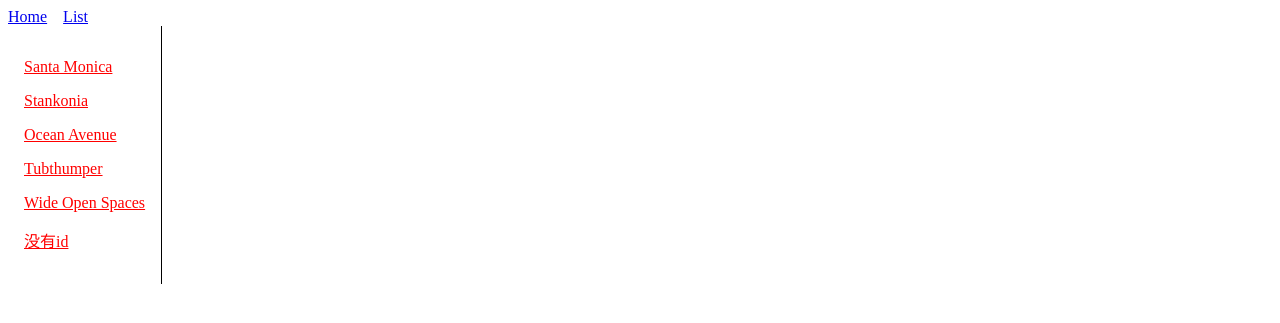
Repository: zhi-shou/moon
Page: /home
These files come from the project's save history. The page is drawn as it stood at one moment and after the next save; the edit follows.
The browser window is 1280 px wide. The pictures show the whole page.
The project was rebuilt for these pictures with package versions that can differ from the ones it lists, and the page was loaded fresh each time. Also part of the build but not shown: vite.config.js, src/routers/info.jsx.

Above is the page before, as saved 2024-12-31 11:55:44.

After the next save:
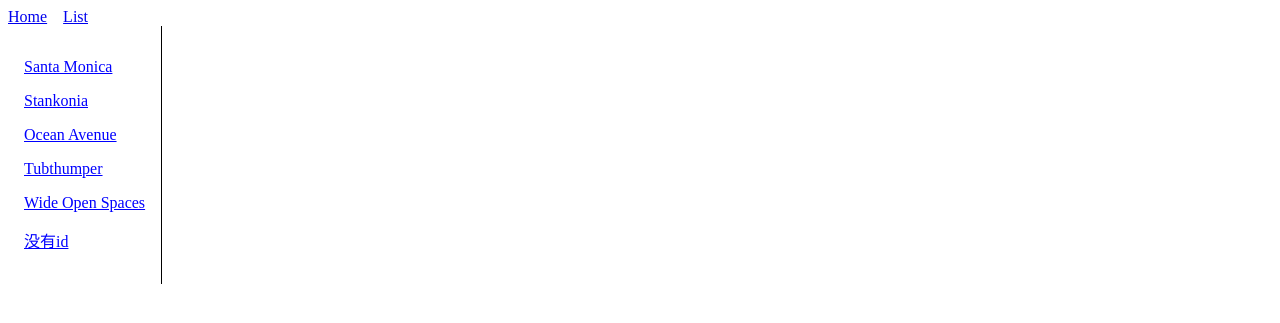
Saved 45 s later.
--- a/src/routers/home.jsx
+++ b/src/routers/home.jsx
@@ -8,7 +8,7 @@
       <nav style={{ borderRight: 'solid 1px', padding: '1rem' }}>
         {invoices.map((invoice) => (
           <NavLink
-            style={(isActive) => {
+            style={({ isActive }) => {
               return {
                 display: 'block',
                 margin: '1rem 0',
@@ -22,7 +22,7 @@
           </NavLink>
         ))}
         <NavLink
-          style={(isActive) => {
+          style={({ isActive }) => {
             return {
               display: 'block',
               margin: '1rem 0',
